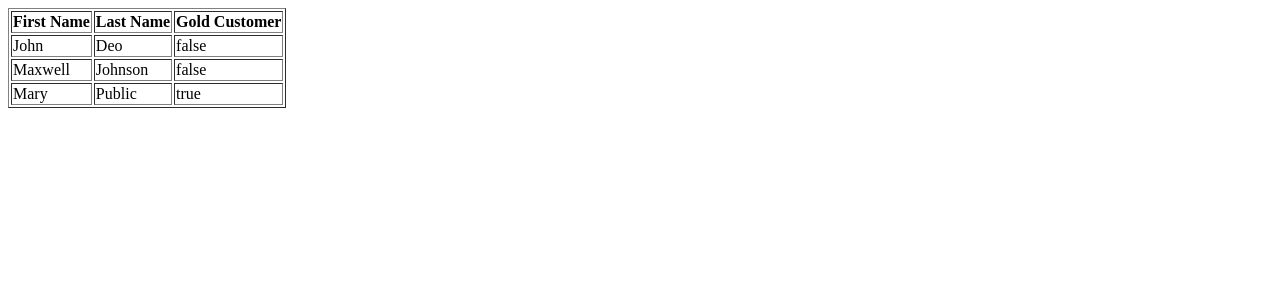
Repository: aashigupta165/advance-java
Page: http://localhost/notes/foreach-student-test.jsp
An editor plug-in stored every save of this project. The page is shown before and after the next save, followed by the edit.
The browser window is 1280 px wide. The pictures show the whole page.
The page is served by Tomcat 9. Nobody is signed in. The application's start-up code is not run. Other server files are loaded and not shown.

Above is the page before, as saved 2019-08-23 18:26:18.

### notes/WebContent/foreach-student-test.jsp
<%@ taglib uri="http://java.sun.com/jsp/jstl/core" prefix="c" %>

<%@ page import="java.util.*,com.luv2code.jsp.tagdemo.Student" %>

<%

List<Student> data = new ArrayList();

data.add(new Student("John", "Deo", false));
data.add(new Student("Maxwell", "Johnson", false));
data.add(new Student("Mary", "Public", true));

pageContext.setAttribute("myStudents", data);

%>

<html>

<body>

<table border="1">

<tr>
<th>First Name</th>
<th>Last Name</th>
<th>Gold Customer</th>
</tr>

<c:forEach var="tempStudent" items="${myStudents}">

<tr>
<td>${tempStudent.firstName}</td>
<td>${tempStudent.lastName}</td>
<td>${tempStudent.goldCustomer}</td>
</tr>

</c:forEach>

</table>

</body>

</html>

### notes/src/com/luv2code/jsp/tagdemo/Student.java
package com.luv2code.jsp.tagdemo;

public class Student {
	private String firstName;
	private String lastName;
	private boolean goldCustomer;
	public Student(String firstName, String lastName, boolean goldCustomer) {
		super();
		this.firstName = firstName;
		this.lastName = lastName;
		this.goldCustomer = goldCustomer;
	}
	public String getFirstName() {
		return firstName;
	}
	public void setFirstName(String firstName) {
		this.firstName = firstName;
	}
	public String getLastName() {
		return lastName;
	}
	public void setLastName(String lastName) {
		this.lastName = lastName;
	}
	public boolean isGoldCustomer() {
		return goldCustomer;
	}
	public void setGoldCustomer(boolean goldCustomer) {
		this.goldCustomer = goldCustomer;
	}
}

After the next save:
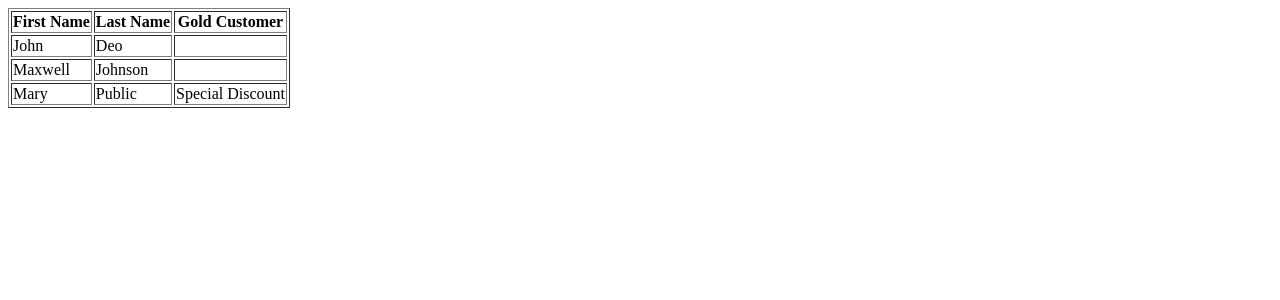
Saved 17 min 47 s later.
--- a/notes/WebContent/foreach-student-test.jsp
+++ b/notes/WebContent/foreach-student-test.jsp
@@ -31,7 +31,11 @@ pageContext.setAttribute("myStudents", data);
 <tr>
 <td>${tempStudent.firstName}</td>
 <td>${tempStudent.lastName}</td>
-<td>${tempStudent.goldCustomer}</td>
+<td>
+<c:if test="${tempStudent.goldCustomer}">
+Special Discount
+</c:if>
+</td>
 </tr>
 
 </c:forEach>
